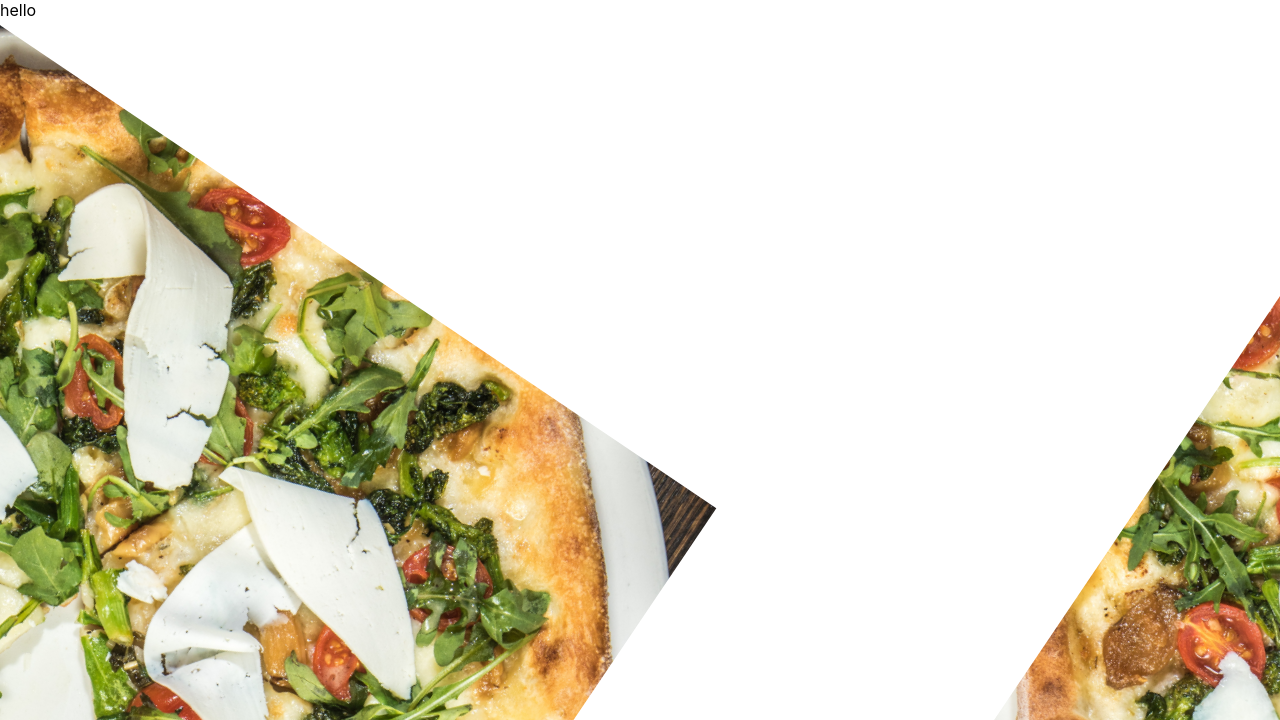
Repository: hobsond/DeliveryApp
Page: / (app in delivery/)
An editor plug-in stored every save of this project. The page is shown before and after the next save, followed by the edit.
The browser window is 1280 px wide. The pictures show the whole page.
The project was rebuilt for these pictures with package versions that can differ from the ones it lists, and the page was loaded fresh each time.

Above is the page before, as saved 2021-02-16 21:03:23.

### delivery/public/index.html
<!DOCTYPE html>
<html lang="en">
  <head>
    <meta charset="utf-8" />
    <link rel="icon" href="%PUBLIC_URL%/favicon.ico" />
    <meta name="viewport" content="width=device-width, initial-scale=1" />
    <meta name="theme-color" content="#000000" />
    <meta
      name="description"
      content="Delivery Order Simulation"
    />
    <link rel="apple-touch-icon" href="%PUBLIC_URL%/logo192.png" />
    <!--
      manifest.json provides metadata used when your web app is installed on a
      user's mobile device or desktop. See https://developers.google.com/web/fundamentals/web-app-manifest/
    -->
    <link rel="manifest" href="%PUBLIC_URL%/manifest.json" />
    <!--
      Notice the use of %PUBLIC_URL% in the tags above.
      It will be replaced with the URL of the `public` folder during the build.
      Only files inside the `public` folder can be referenced from the HTML.

      Unlike "/favicon.ico" or "favicon.ico", "%PUBLIC_URL%/favicon.ico" will
      work correctly both with client-side routing and a non-root public URL.
      Learn how to configure a non-root public URL by running `npm run build`.
    -->
    <title>Delivery Simulation</title>
  </head>
  <body>
    <noscript>You need to enable JavaScript to run this app.</noscript>
    <div id="root"></div>
    <!--
      This HTML file is a template.
      If you open it directly in the browser, you will see an empty page.

      You can add webfonts, meta tags, or analytics to this file.
      The build step will place the bundled scripts into the <body> tag.

      To begin the development, run `npm start` or `yarn start`.
      To create a production bundle, use `npm run build` or `yarn build`.
    -->
  </body>
</html>

### delivery/src/App.js
import './App.css';

function App() {
  return (
    <div className="App"
    >
      hello

    </div>
  );
}

export default App;

### delivery/src/App.css
.App{
  background:url('./images/mobile/homeScreen/bgMobile.png');
  height:100vh;
  background-position-x: -50em;
}

Loaded but not shown: delivery/src/index.js (common file); delivery/src/index.css (common file); delivery/src/reportWebVitals.js (common file)

After the next save:
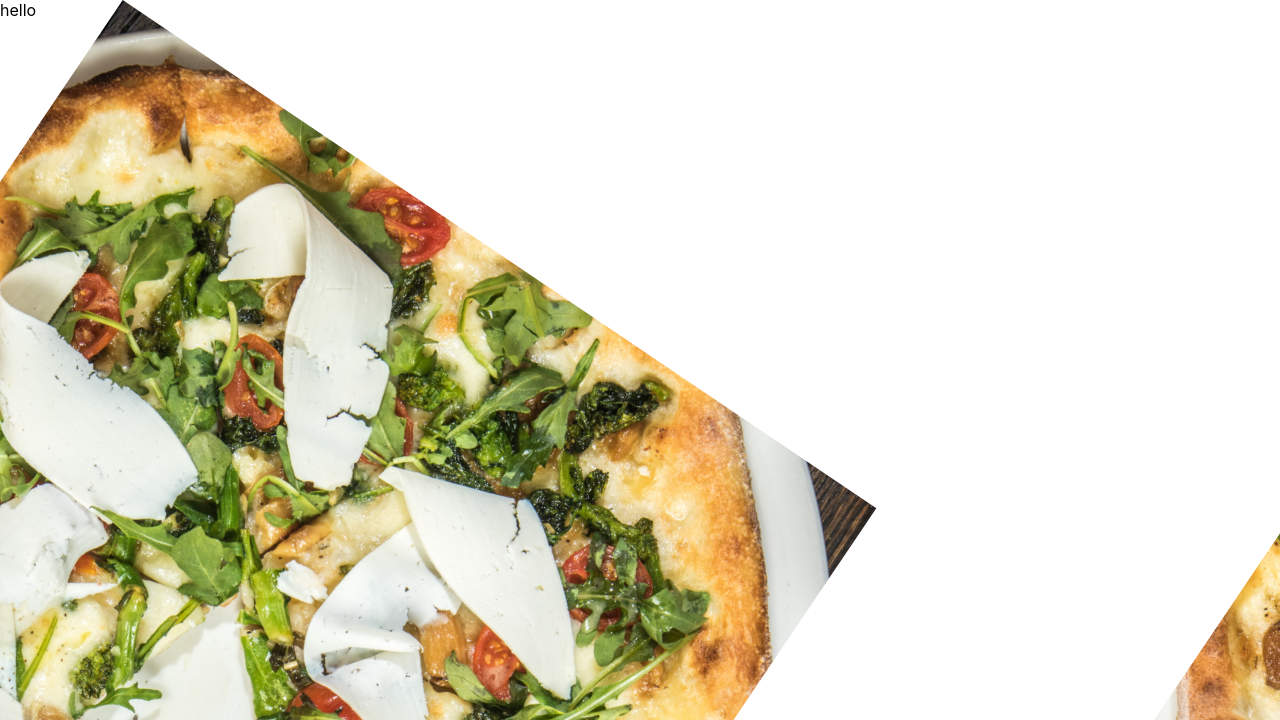
Saved 5 s later.
--- a/delivery/src/App.css
+++ b/delivery/src/App.css
@@ -1,5 +1,5 @@
 .App{
   background:url('./images/mobile/homeScreen/bgMobile.png');
   height:100vh;
-  background-position-x: -50em;
+  background-position-x: -40em;
 }
